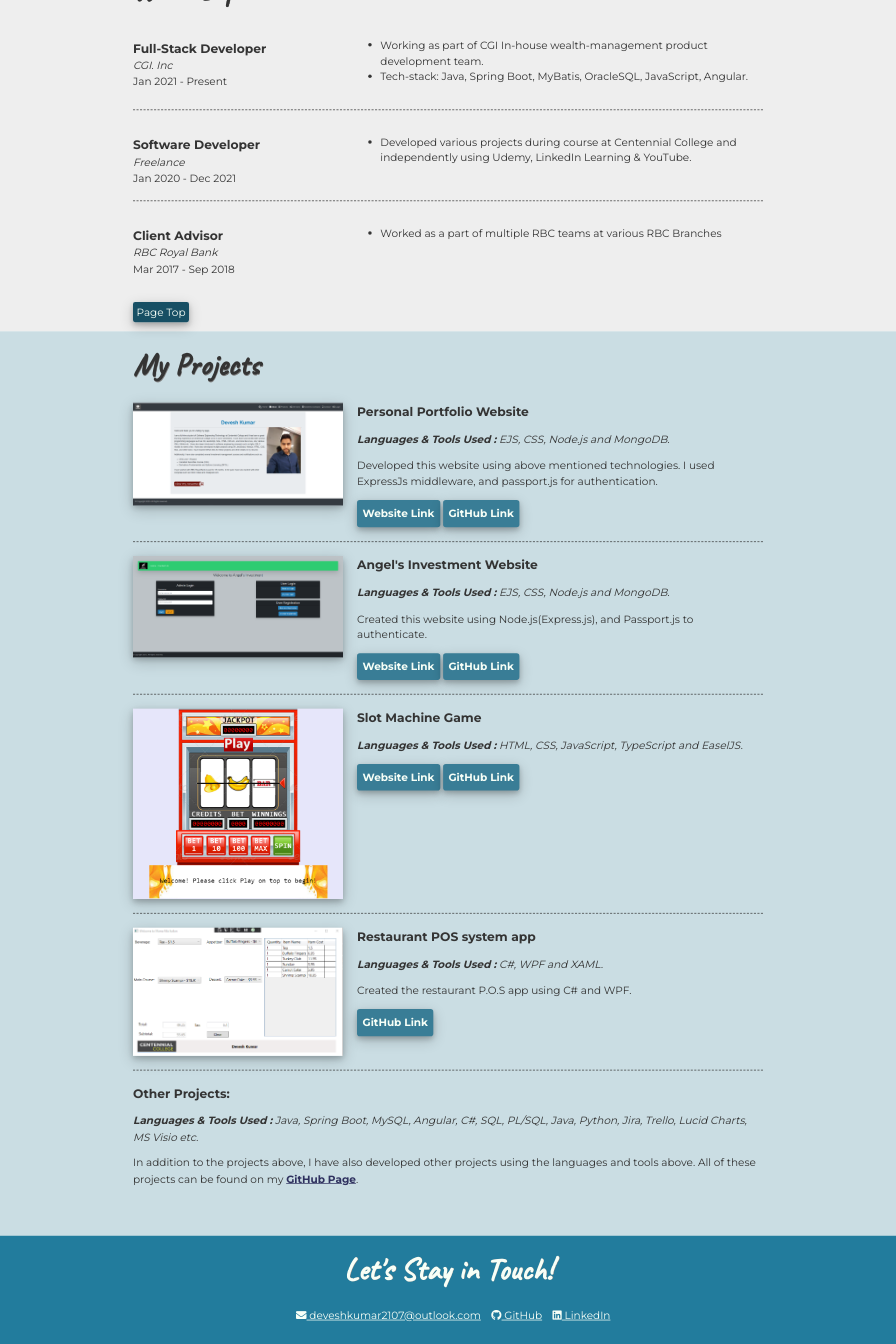
Repository: My-Web-Page/MyWebPage
Page: index.html
The author's editor kept a copy of each file at every save. The page is drawn from the files as they stood at one save, then again after the next save.
The browser window is 1280 px wide. The pictures show the part of the page from y = 1996 to 3916 px (the page is 3916 px tall), at 70% of full size.
Some web libraries are served in a nearby version.

Above is the page before, as saved 2023-04-11 08:55:58.

After the next save:
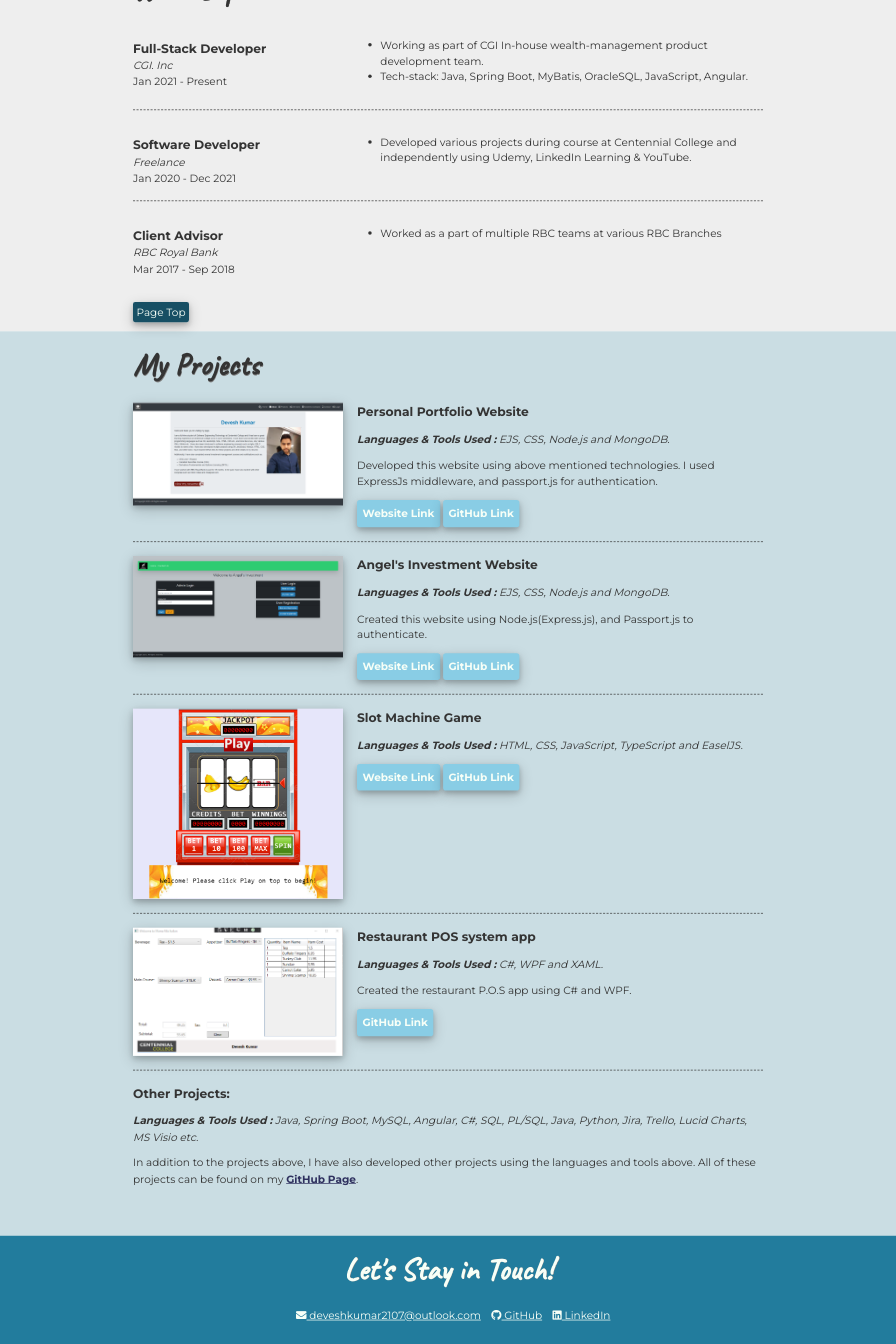
Saved 15 s later.
--- a/style.css
+++ b/style.css
@@ -233,7 +233,7 @@ https://coolors.co/f7fff7-343434-2f3061-ffe66d-a1c6d7
 
     .projects .btn {
         color: #F7FFF7;
-        background: #397d96;
+        background: #89cde5;
         text-decoration: none;
         padding: 8px;
         border-radius: 4px;
